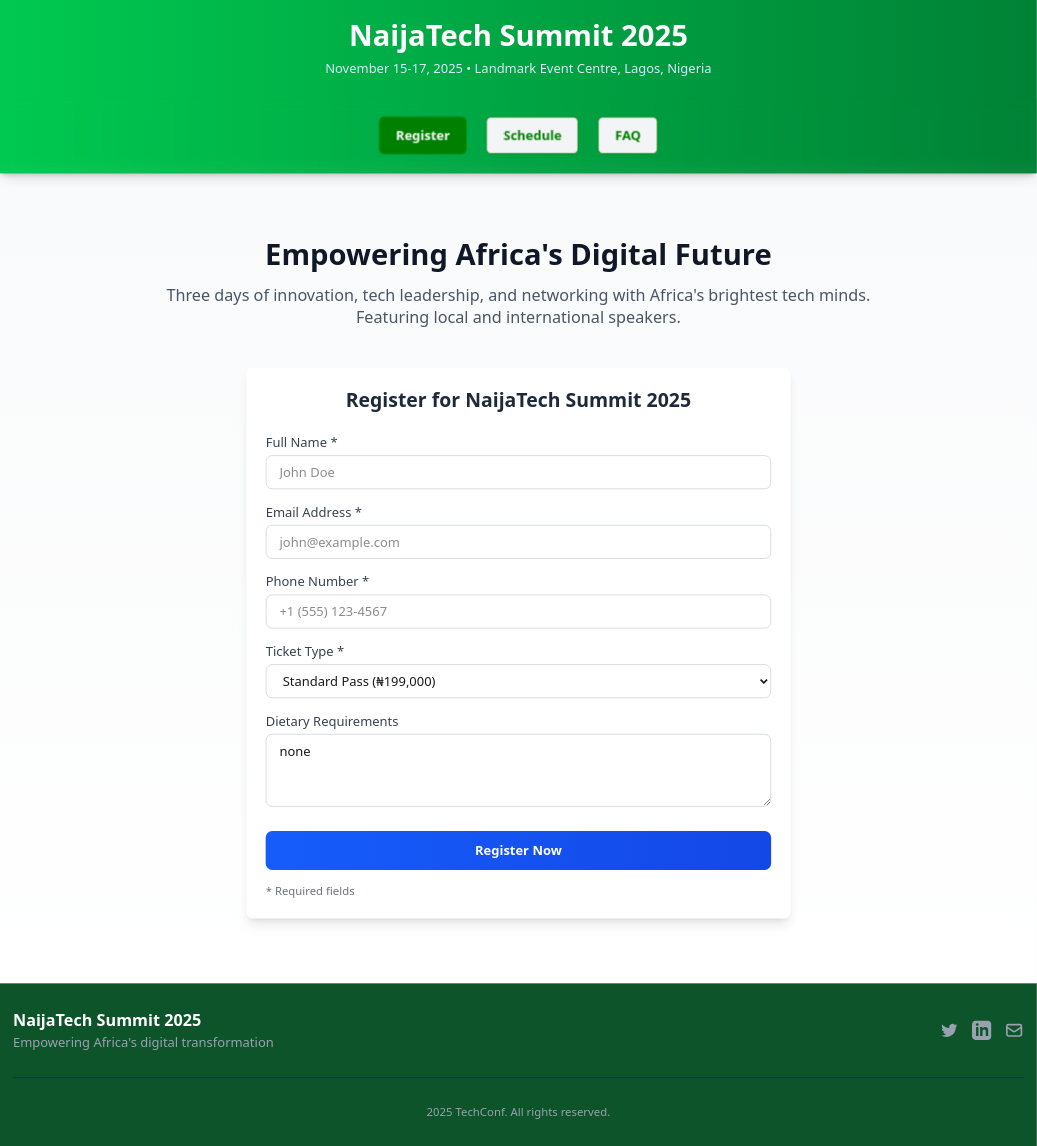
Repository: AYANO-EMMANUEL/fictional-tech-conf-event
Page: /
The author's editor kept a copy of each file at every save. The page is drawn from the files as they stood at one save, then again after the next save.
The browser window is 1280 px wide. The pictures show the whole page, at 81% of full size.
The project was rebuilt for these pictures with package versions that can differ from the ones it lists, and the page was loaded fresh each time. Also part of the build but not shown: vite.config.ts, src/components/Schedule/Schedule.tsx, src/components/FAQ/FAQ.tsx.

Above is the page before, as saved 2025-08-02 11:12:01.

After the next save:
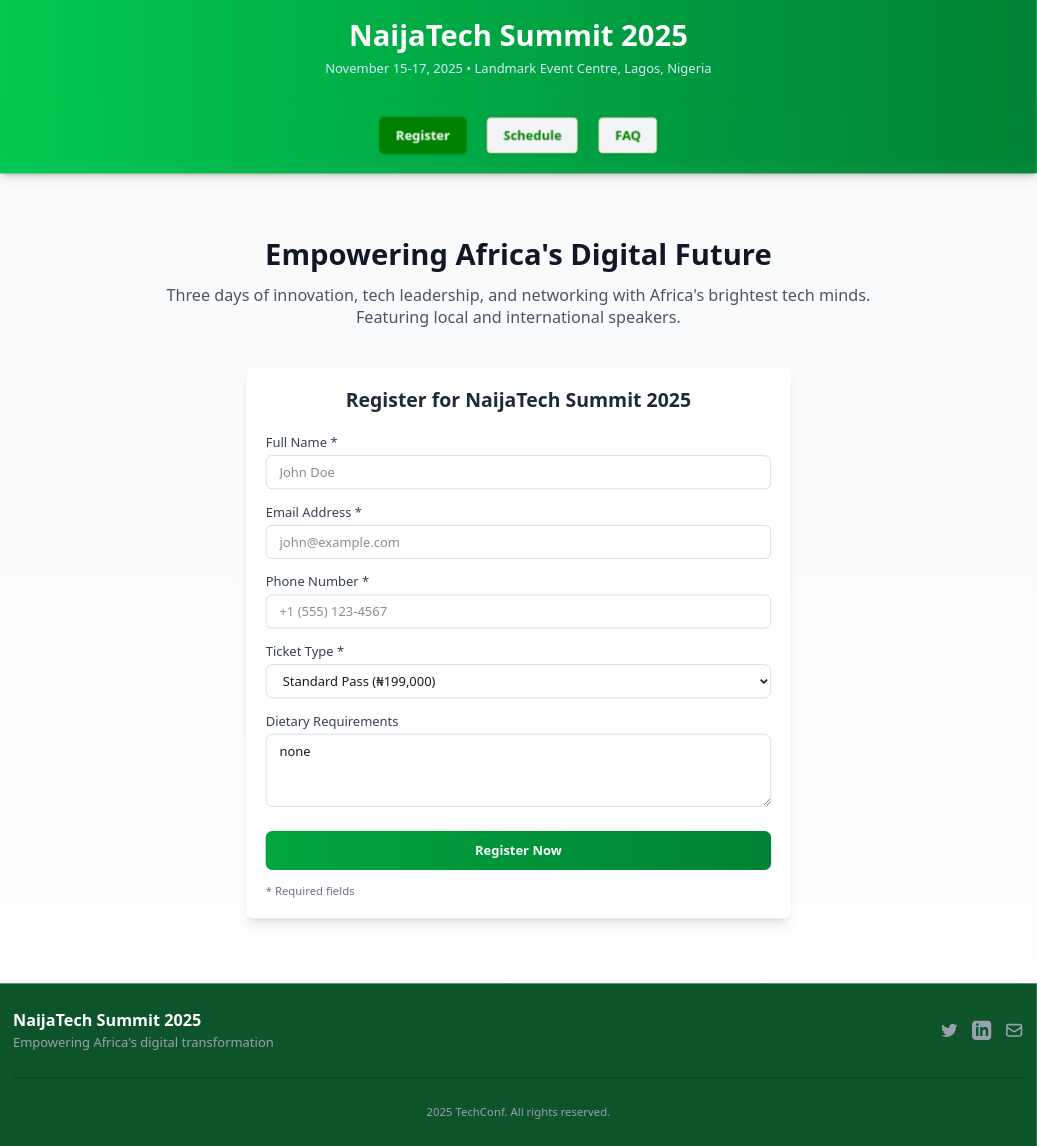
Saved 19 s later.
--- a/src/components/Form/RegistrationForm.tsx
+++ b/src/components/Form/RegistrationForm.tsx
@@ -229,7 +229,7 @@ export const RegistrationForm = ({ onSuccess }: RegistrationFormProps) => {
         <div className="pt-2">
           <button
             type="submit"
-            className="w-full bg-gradient-to-r from-blue-600 to-blue-700 hover:from-blue-700 hover:to-blue-800 text-white font-bold py-3 px-4 rounded-lg transition-all duration-300 transform hover:scale-[1.02] hover:shadow-lg active:scale-95"
+            className="w-full bg-gradient-to-r from-green-600 to-green-700 hover:from-blue-700 hover:to-blue-800 text-white font-bold py-3 px-4 rounded-lg transition-all duration-300 transform hover:scale-[1.02] hover:shadow-lg active:scale-95"
           >
             Register Now
           </button>
